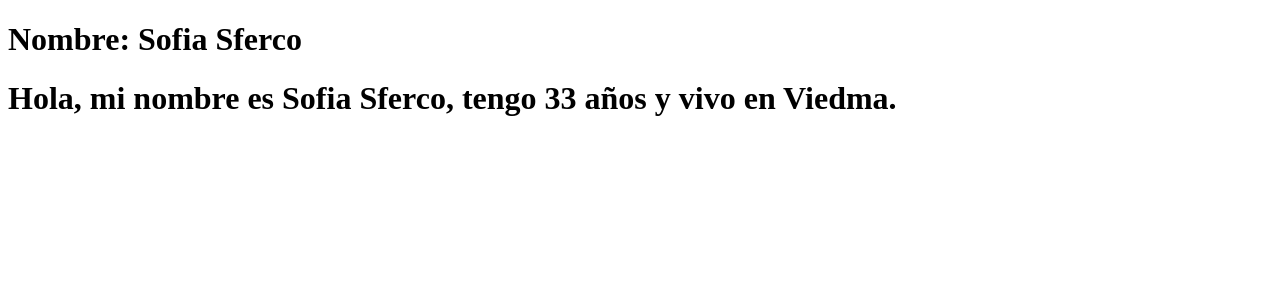
Repository: SofiaSferco/PWA-2026
Page: practico01/index.html
An editor plug-in stored every save of this project. The page is shown before and after a run of saves, followed by the edit.
The browser window is 1280 px wide. The pictures show the whole page.

Above is the page before, as saved 2026-09-10 00:10:37.

After the next 2 saves:
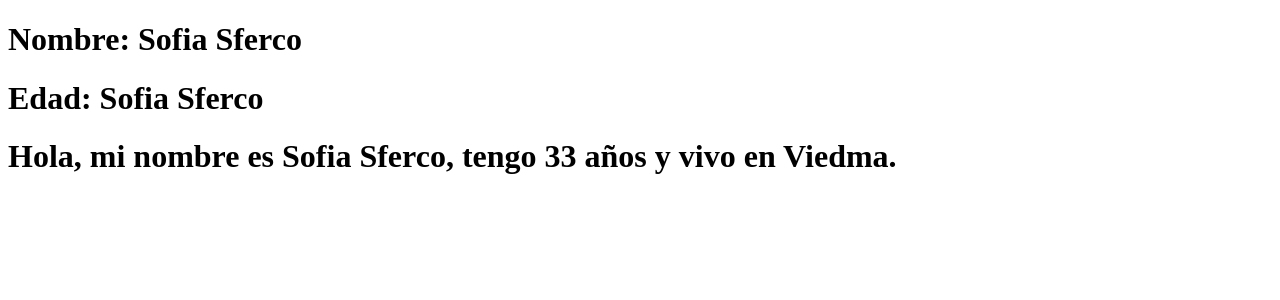
The 2 saves are shown as one change because they came seconds apart.
The last was saved 7 s later.
--- a/practico01/index.html
+++ b/practico01/index.html
@@ -8,7 +8,7 @@
 <body>
     <div id="app">
         <h1>Nombre: {{nombre}}</h1>
-
+        <h1>Edad: {{nombre}}</h1>
         <h1>Hola, mi nombre es {{nombre}}, tengo {{edad}} años y vivo en {{ciudad}}.</h1>
     </div>
     <script>
